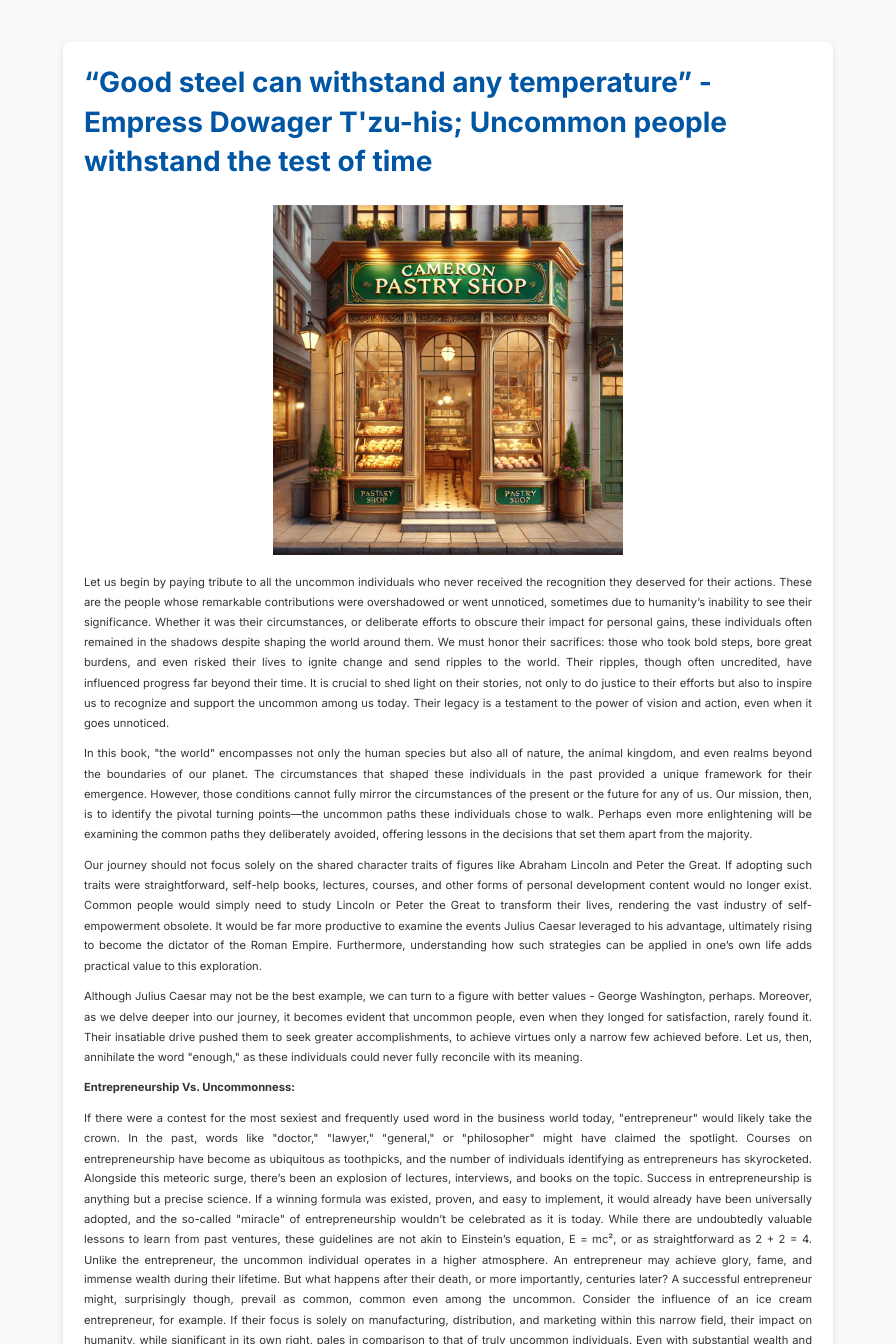
Repository: AvivGranot/Uncommon-Website
Page: Assets/Posts/post2.html
These files come from the project's save history. The page is drawn as it stood at one moment and after the next save; the edit follows.
The browser window is 1280 px wide. The pictures show the part of the page from y = 0 to 1920 px (the page is 2748 px tall before and 2848 px after), at 70% of full size.

Above is the page before, as saved 2025-01-10 00:03:17.

### Assets/Posts/post2.html
<!DOCTYPE html>
<html lang="en">
<head>
    <meta charset="UTF-8">
    <meta name="viewport" content="width=device-width, initial-scale=1.0">
    <title>Entrepreneurship vs. Uncommonness?</title>
    <link href="https://fonts.googleapis.com/css2?family=Inter:wght@400;700&display=swap" rel="stylesheet">
    <style>
        * {
            margin: 0;
            padding: 0;
            box-sizing: border-box;
        }

        body {
            font-family: 'Inter', sans-serif;
            background-color: #f8f9fa;
            color: #333;
            line-height: 1.8;
            padding: 20px;
        }

        .container {
            max-width: 1100px;
            margin: 40px auto;
            padding: 30px;
            background-color: #fff;
            border-radius: 10px;
            box-shadow: 0 4px 10px rgba(0, 0, 0, 0.1);
        }

        h1 {
            font-size: 2.5rem;
            margin-bottom: 20px;
            line-height: 1.4;
            color: #0056a3;
        }

        p {
            font-size: 1rem;
            margin-bottom: 15px;
            text-align: justify;
        }

        .image {
    width: 100%; /* Ensures the image fills the container width */
    max-width: 1200px; /* Limits the maximum width */
    height: auto; /* Automatically adjusts the height proportionally */
    max-height: 500px; /* Restricts the height to avoid it being too tall */
    object-fit: contain; /* Maintains aspect ratio without cropping */
    border-radius: 10px; /* Keeps rounded corners */
    margin: 15px 0;
}



        footer {
            text-align: center;
            margin-top: 40px;
            padding: 20px;
            background-color: #0056a3;
            color: white;
            border-radius: 10px;
        }

        footer a {
            color: #ffc107;
            text-decoration: none;
        }

        footer a:hover {
            text-decoration: underline;
        }
    </style>
</head>
<body>
    <div class="container">
        <h1>“Good steel can withstand any temperature” - Empress Dowager T'zu-his; Uncommon people withstand the test of time</h1>
        <img src="../Images/Cameron Pastry Shop.webp" alt="DALL-E Generated Image" class="image">
        <p>Let us begin by paying tribute to all the uncommon individuals who never received the recognition they deserved for their actions. These are the people whose remarkable contributions were overshadowed or went unnoticed, sometimes due to humanity’s inability to see their significance. Whether it was their circumstances, or deliberate efforts to obscure their impact for personal gains, these individuals often remained in the shadows despite shaping the world around them. We must honor their sacrifices: those who took bold steps, bore great burdens, and even risked their lives to ignite change and send ripples to the world. Their ripples, though often uncredited, have influenced progress far beyond their time. It is crucial to shed light on their stories, not only to do justice to their efforts but also to inspire us to recognize and support the uncommon among us today. Their legacy is a testament to the power of vision and action, even when it goes unnoticed.</p>
        <p>In this book, "the world" encompasses not only the human species but also all of nature, the animal kingdom, and even realms beyond the boundaries of our planet. The circumstances that shaped these individuals in the past provided a unique framework for their emergence. However, those conditions cannot fully mirror the circumstances of the present or the future for any of us. Our mission, then, is to identify the pivotal turning points—the uncommon paths these individuals chose to walk. Perhaps even more enlightening will be examining the common paths they deliberately avoided, offering lessons in the decisions that set them apart from the majority.</p>
        <p>Our journey should not focus solely on the shared character traits of figures like Abraham Lincoln and Peter the Great. If adopting such traits were straightforward, self-help books, lectures, courses, and other forms of personal development content would no longer exist. Common people would simply need to study Lincoln or Peter the Great to transform their lives, rendering the vast industry of self-empowerment obsolete. It would be far more productive to examine the events Julius Caesar leveraged to his advantage, ultimately rising to become the dictator of the Roman Empire. Furthermore, understanding how such strategies can be applied in one’s own life adds practical value to this exploration.</p>
        <p>Although Julius Caesar may not be the best example, we can turn to a figure with better values - George Washington, perhaps. Moreover, as we delve deeper into our journey, it becomes evident that uncommon people, even when they longed for satisfaction, rarely found it. Their insatiable drive pushed them to seek greater accomplishments, to achieve virtues only a narrow few achieved before. Let us, then, annihilate the word "enough," as these individuals could never fully reconcile with its meaning.</p>
        <p><b>Entrepreneurship Vs. Uncommonness:</b></p>
        <p>If there were a contest for the most sexiest and frequently used word in the business world today, "entrepreneur" would likely take the crown. In the past, words like "doctor," "lawyer," "general," or "philosopher" might have claimed the spotlight. Courses on entrepreneurship have become as ubiquitous as toothpicks, and the number of individuals identifying as entrepreneurs has skyrocketed. Alongside this meteoric surge, there’s been an explosion of lectures, interviews, and books on the topic. Success in entrepreneurship is anything but a precise science. If a winning formula was existed, proven, and easy to implement, it would already have been universally adopted, and the so-called "miracle" of entrepreneurship wouldn’t be celebrated as it is today. While there are undoubtedly valuable lessons to learn from past ventures, these guidelines are not akin to Einstein’s equation, E = mc², or as straightforward as 2 + 2 = 4. Unlike the entrepreneur, the uncommon individual operates in a higher atmosphere. An entrepreneur may achieve glory, fame, and immense wealth during their lifetime. But what happens after their death, or more importantly, centuries later? A successful entrepreneur might, surprisingly though, prevail as common, common even among the uncommon. Consider the influence of an ice cream entrepreneur, for example. If their focus is solely on manufacturing, distribution, and marketing within this narrow field, their impact on humanity, while significant in its own right, pales in comparison to that of truly uncommon individuals. Even with substantial wealth and assets, can their legacy rival the profound influence of Albert Einstein, Napoleon Bonaparte, or John D. Rockefeller?</p>
        <p>Now we understand that creating only a limited scope of values doesn’t always lead to being uncommon. Excelling in the top management, marketing, and distribution of an ice cream supply chain might establish someone as a successful entrepreneur. However, it doesn’t necessarily elevate to the status of an uncommon individual in the test of time. Our successful ice cream entrepreneur has undoubtedly created meaningful contributions: colleagues, competitors, employees, and even strangers may learn from his achievements. Nor should we underestimate the power of the small ripples he has generated. Whether it’s the joy and delight sparked by tasting his ice cream, relationships formed through shared moments, or even the self-discovery inspired by a failed date at his shop. Yet, creating a few ripples and localized value does not inherently make someone uncommon. In contrast, those who produce a mighty current of ripples and transformative values, impacting countless lives and shaping the world for generations, earn their place among the uncommon people.</p>
        <p>For instance, Thomas Edison was granted 1,093 patents in the United States alone and a total of 2,332 worldwide . Even if he had registered only a handful of patents, his financial and social status would likely have skyrocketed. However, Edison is universally regarded as an uncommon individual not just because of his inventions but because he consistently created value and generated ripples that advanced the world in profound and lasting ways.</p>
        <p>To quote Rober F. Kennedy beautiful, inspiring words: <b>“Few will have the greatness to bend history itself, but each of us can work to change a small portion of events. It is from numberless diverse acts of courage and belief that human history is shaped. Each time a man stands up for an ideal, or acts to improve the lot of others, or strikes out against injustice, he sends forth a tiny ripple of hope, and crossing each other from a million different centers of energy and daring those ripples build a current which can sweep down the mightiest walls of oppression and resistance”.</b></p>

        <footer>
            &copy; 2025 Uncommon People in a Common World. All rights reserved. Unauthorized use, copying, or reproduction of this content is prohibited. <a href="../../index.html">Back to Home</a>
        </footer>

    </div>
</body>
</html>

After the next save:
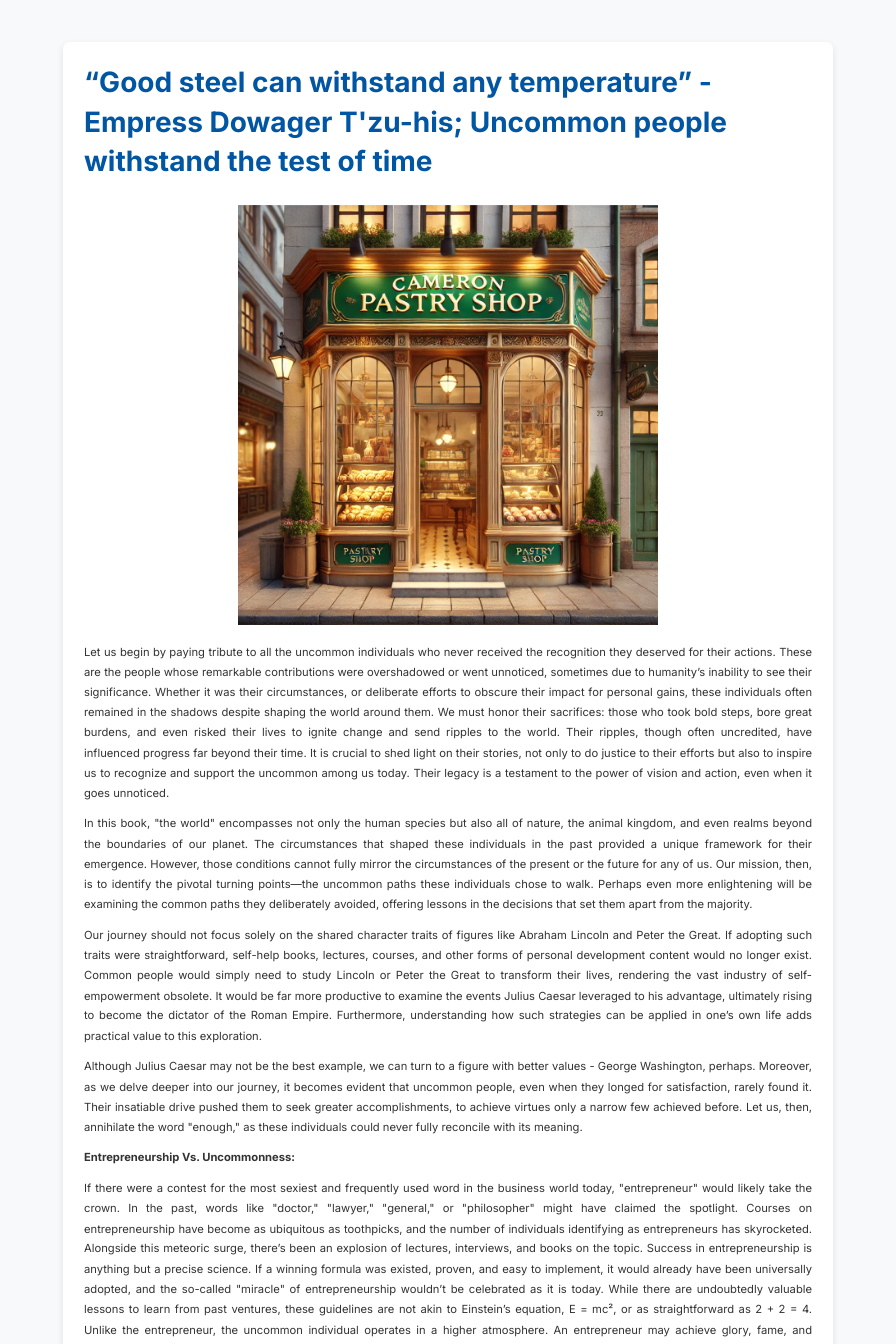
Saved 100 s later.
--- a/Assets/Posts/post2.html
+++ b/Assets/Posts/post2.html
@@ -44,13 +44,14 @@
 
         .image {
     width: 100%; /* Ensures the image fills the container width */
-    max-width: 1200px; /* Limits the maximum width */
-    height: auto; /* Automatically adjusts the height proportionally */
-    max-height: 500px; /* Restricts the height to avoid it being too tall */
+    max-width: 1400px; /* Expands the maximum width for a larger display */
+    height: auto; /* Automatically adjusts height proportionally */
+    max-height: 600px; /* Slightly increases the maximum height */
     object-fit: contain; /* Maintains aspect ratio without cropping */
     border-radius: 10px; /* Keeps rounded corners */
     margin: 15px 0;
 }
+
 
 
 
